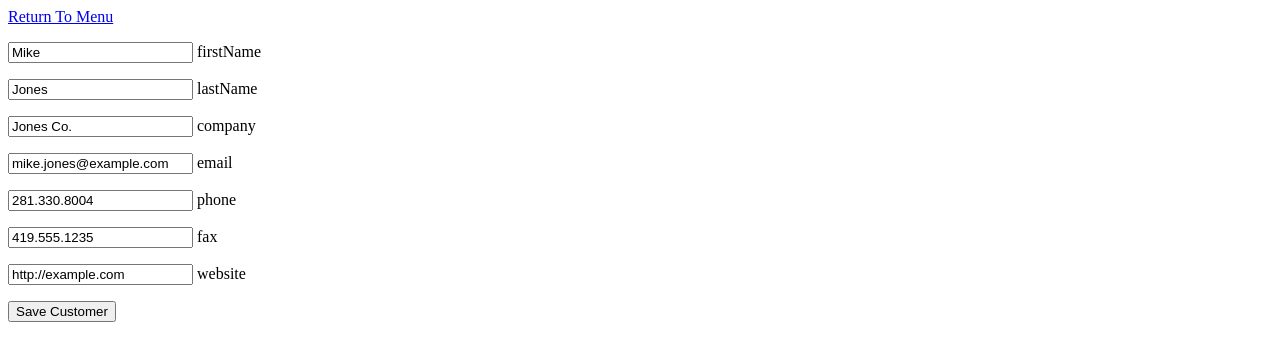
Repository: magarvin/BT_Git
Page: http://localhost/btTest/market/mkt.sub_merch_update_form.php
The author's editor kept a record of every edit. The page is drawn from the files as they stood at one moment, then again after the next edit.
The browser window is 1280 px wide. The pictures show the whole page.
The page is run by PHP 8.4 with error messages shown; the project is at /var/www/html/.

Above is the page before.

### workspace/btTest/market/mkt.sub_merch_update_form.php
<html>

<?php

echo "<a href=\"https://mybt-magarvin.c9.io/btTest/index.php\">Return To Menu</a>";
echo "</p>";

?>

<body>
<form  method="post" action="https://mybt-magarvin.c9.io/btTest/market/mkt.sub_merch_update.php">
<input type="text" name = "firstName" value="Mike"> firstName </p>
<input type="text" name = "lastName" value="Jones"> lastName </p>
<input type="text" name = "company" value="Jones Co."> company  </p>
<input type="text" name = "email" value="mike.jones@example.com"> email </p>
<input type="text" name = "phone" value="281.330.8004"> phone  </p>
<input type="text" name = "fax" value="419.555.1235"> fax </p>
<input type="text" name = "website" value="http://example.com"> website </p>

<input type="submit" value="Save Customer">
</form>

</body>


</html>

After the next edit:
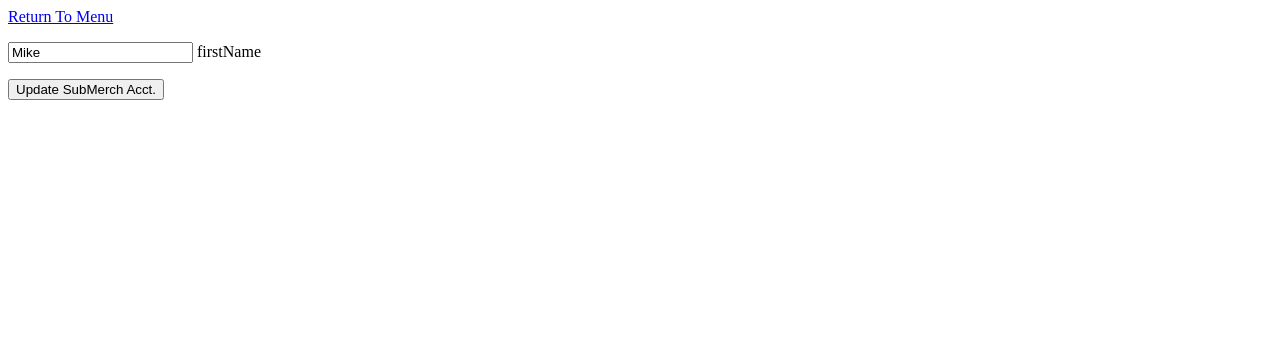
The edit:
--- a/workspace/btTest/market/mkt.sub_merch_update_form.php
+++ b/workspace/btTest/market/mkt.sub_merch_update_form.php
@@ -10,14 +10,8 @@
 <body>
 <form  method="post" action="https://mybt-magarvin.c9.io/btTest/market/mkt.sub_merch_update.php">
 <input type="text" name = "firstName" value="Mike"> firstName </p>
-<input type="text" name = "lastName" value="Jones"> lastName </p>
-<input type="text" name = "company" value="Jones Co."> company  </p>
-<input type="text" name = "email" value="mike.jones@example.com"> email </p>
-<input type="text" name = "phone" value="281.330.8004"> phone  </p>
-<input type="text" name = "fax" value="419.555.1235"> fax </p>
-<input type="text" name = "website" value="http://example.com"> website </p>
 
-<input type="submit" value="Save Customer">
+<input type="submit" value="Update SubMerch Acct.">
 </form>
 
 </body>
